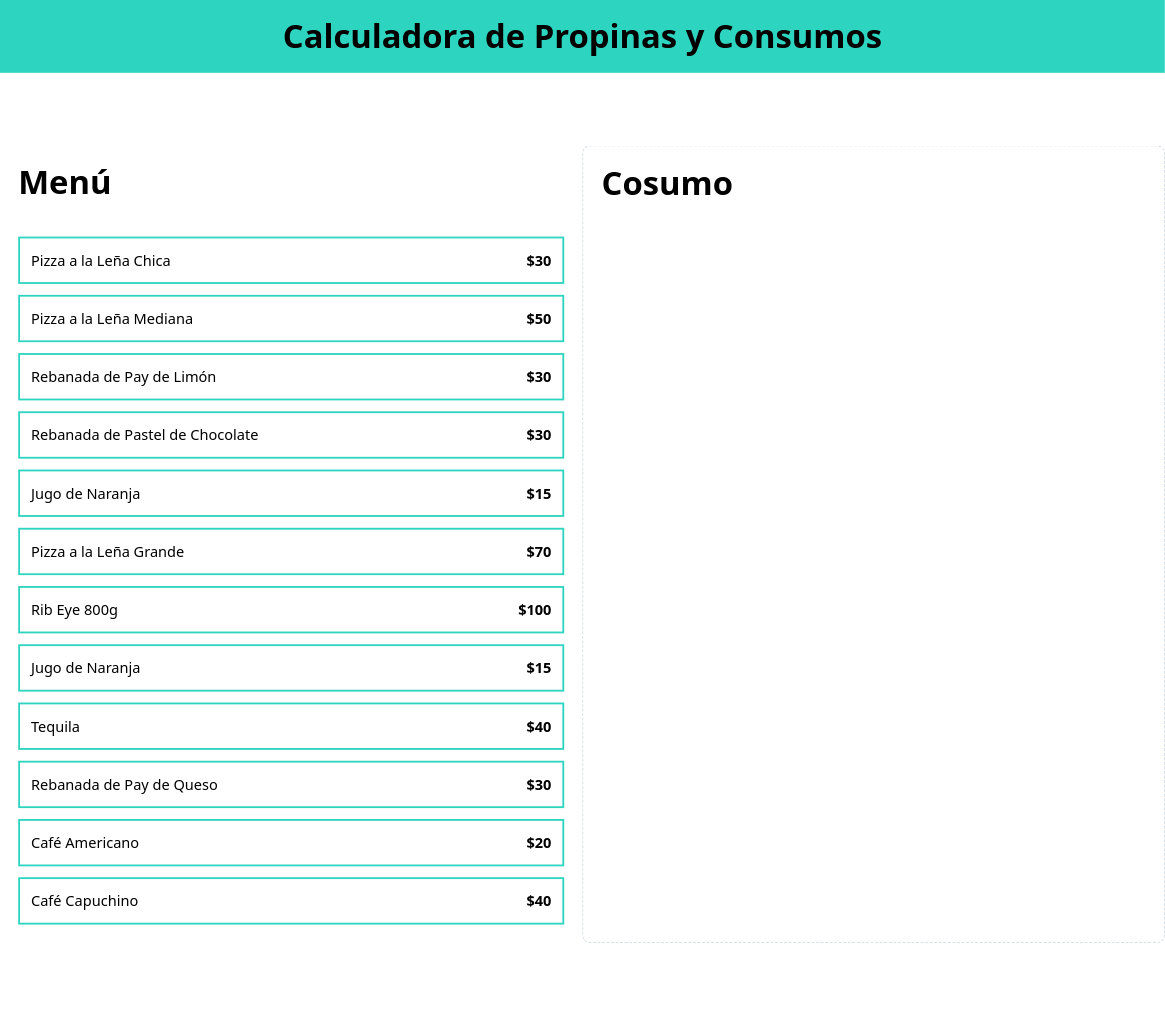
Repository: Matiiu/tip-calculator
Page: /
An editor plug-in stored every save of this project. The page is shown before and after a run of saves, followed by the edit.
The browser window is 1280 px wide. The pictures show the whole page, at 91% of full size.
The project was rebuilt for these pictures with package versions that can differ from the ones it lists, and the page was loaded fresh each time. Also part of the build but not shown: vite.config.ts.

Above is the page before, as saved 2024-03-29 15:43:28.

### src/App.tsx
import Header from "./components/Header";
import { menuItems } from "./api/db";
import MenuItem from "./components/MenuItem";
import useOrder from "./hooks/useOrder";
import OrderContents from "./components/OrderContents";

export default function App() {
  const { order, addItem } = useOrder();

  return (
    <>
      <Header />

      <main className="max-w-7xl mx-auto py-20 grid md:grid-cols-2">
        <div className="p-5">
          <h2 className="text-4xl font-black">Menú</h2>

          <section className="space-y-3 mt-10">
            {menuItems.map((item) => (
              <MenuItem key={item.id} item={item} addItem={addItem} />
            ))}
          </section>
        </div>

        <div className=" border border-dashed border-slate-300 p-5 rounded-lg space-y-10">
          <OrderContents order={order} />
        </div>
      </main>
    </>
  );
}

### src/components/Header.tsx
export default function Header() {
  return (
    <header className="bg-teal-400 py-5">
        <h1 className="text-center text-4xl font-black">Calculadora de Propinas y Consumos</h1>
    </header>
  )
}

### src/api/db.ts
import type { MenuItem } from '../types';

export const menuItems: MenuItem[] = [
  {
    id: 1,
    name: "Pizza a la Leña Chica",
    price: 30,
  },
  {
    id: 2,
    name: "Pizza a la Leña Mediana",
    price: 50,
  },
  {
    id: 3,
    name: "Rebanada de Pay de Limón",
    price: 30,
  },
  {
    id: 4,
    name: "Rebanada de Pastel de Chocolate",
    price: 30,
  },
  {
    id: 5,
    name: "Jugo de Naranja",
    price: 15,
  },
  {
    id: 6,
    name: "Pizza a la Leña Grande",
    price: 70,
  },
  {
    id: 7,
    name: "Rib Eye 800g",
    price: 100,
  },
  {
    id: 8,
    name: "Jugo de Naranja",
    price: 15,
  },
  {
    id: 9,
    name: "Tequila",
    price: 40,
  },
  {
    id: 10,
    name: "Rebanada de Pay de Queso",
    price: 30,
  },
  {
    id: 11,
    name: "Café Americano",
    price: 20,
  },
  {
    id: 12,
    name: "Café Capuchino",
    price: 40,
  },
];

### src/components/MenuItem.tsx
import type { MenuItem } from "../types";

type MenuItemProps = {
  item: MenuItem;
  addItem: (item: MenuItem) => void;
};

export default function MenuItem({ item, addItem }: MenuItemProps) {
  return (
    <button
        className="border-2 border-teal-400 hover:bg-teal-200 w-full p-3 flex justify-between"
        onClick={() => addItem(item)}
    >
      <p>{item.name}</p>
      <p className="font-black">${item.price}</p>
    </button>
  );
}

### src/hooks/useOrder.ts
import { useState } from "react";
import type { MenuItem, OrderItem } from "../types";

export default function useOrder() {
  const [order, setOrder] = useState<OrderItem[]>([]);

  function addItem(item: MenuItem) {
    // Buscar la posición del objeto (si es que existe)
    const idFound = order.findIndex(({ id }) => id === item.id);
    if (idFound >= 0) {
      const updateOrder = [...order];
      updateOrder[idFound].quantity++;
      setOrder(updateOrder);
      return;
    }
    setOrder([...order, { ...item, quantity: 1 }]);
  }

  return {
    order,
    addItem,
  };
}

### src/components/OrderContents.tsx
import { OrderItem } from "../types";

type OrderContentsProps = {
  order: OrderItem[];
};

export default function OrderContents({ order }: OrderContentsProps) {
  return (
    <div>
      <h2 className="font-black text-4xl">Cosumo</h2>

      <section className="space-y-3 mt-5">

      </section>
    </div>
  );
}

Loaded but not shown: index.html (common file); src/main.tsx (common file); src/index.css (common file); tailwind.config.js (common file)

After the next 3 saves:
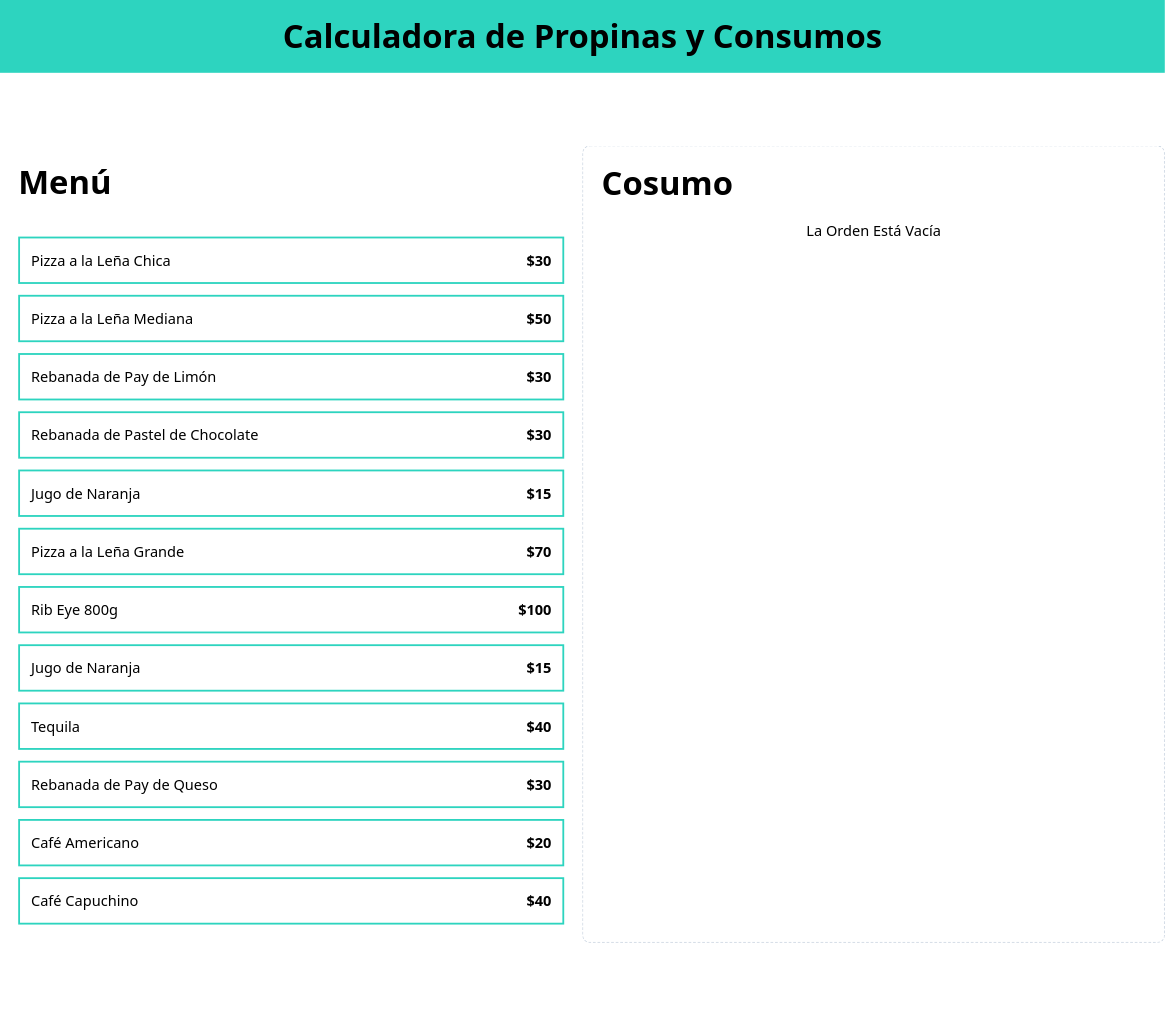
The 3 saves are shown as one change because 1 did not build or start and some came seconds apart.
The last was saved 2 min 50 s later.
--- a/src/components/OrderContents.tsx
+++ b/src/components/OrderContents.tsx
@@ -10,7 +10,9 @@ export default function OrderContents({ order }: OrderContentsProps) {
       <h2 className="font-black text-4xl">Cosumo</h2>
 
       <section className="space-y-3 mt-5">
-
+        {!order.length
+            ? <p className="text-center">La Orden Está Vacía</p>
+            : <p className="text-center">La Orden tiene algo</p>}
       </section>
     </div>
   );
